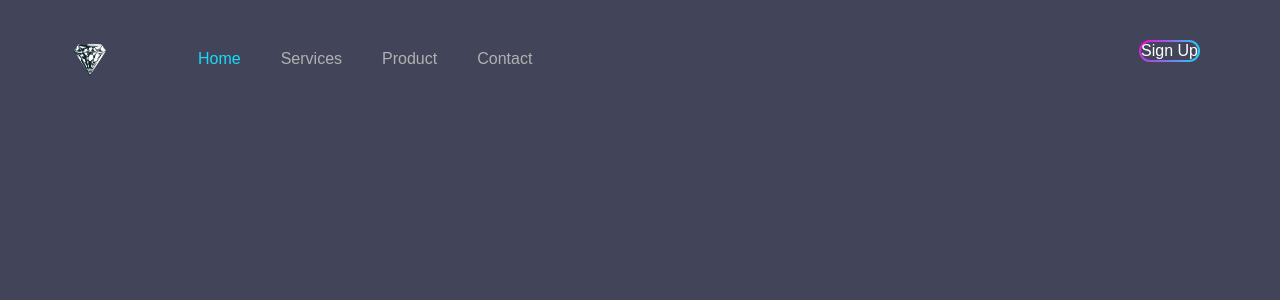
Repository: Aakarshit-Sharma19/Basic-HTML-and-CSS-Page-
Page: index.html
An editor plug-in stored every save of this project. The page is shown before and after the next save, followed by the edit.
The browser window is 1280 px wide. The pictures show the whole page.

Above is the page before, as saved 2020-11-10 15:10:09.

After the next save:
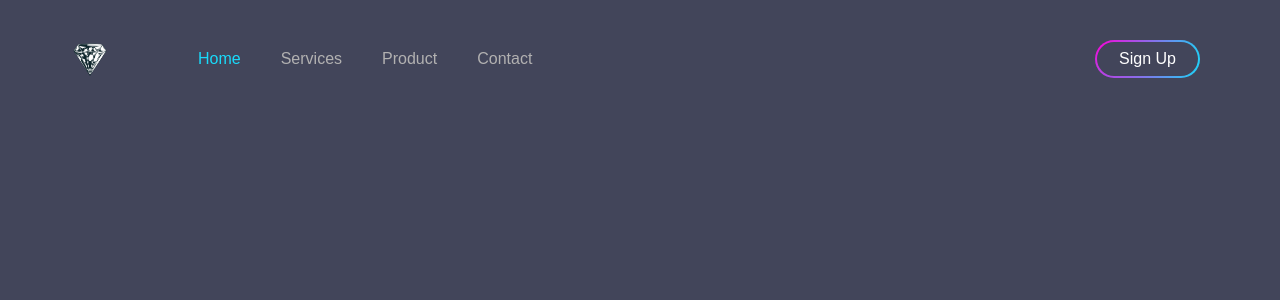
Saved 19 s later.
--- a/style.css
+++ b/style.css
@@ -46,3 +46,8 @@ body{
     background-origin: border-box;
     background-clip: content-box,border-box;
 }
+
+.signup-btn span{
+    display: block;
+    padding: 8px 22px;
+}
